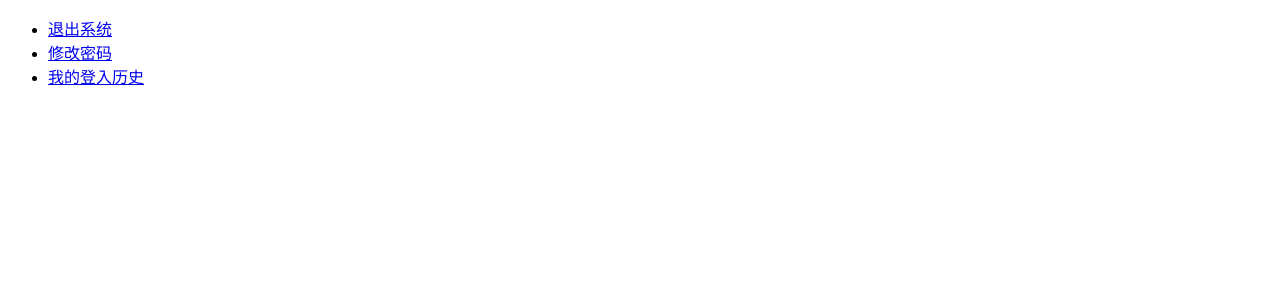
Repository: CityPace/demo
Page: http://localhost/demo/includes/hmenu.jsp
The author's editor kept a copy of each file at every save. The page is drawn from the files as they stood at one save, then again after the next save.
The browser window is 1280 px wide. The pictures show the whole page.
The page is served by Tomcat 9.

Above is the page before, as saved 2018-04-19 14:12:02.

After the next save:
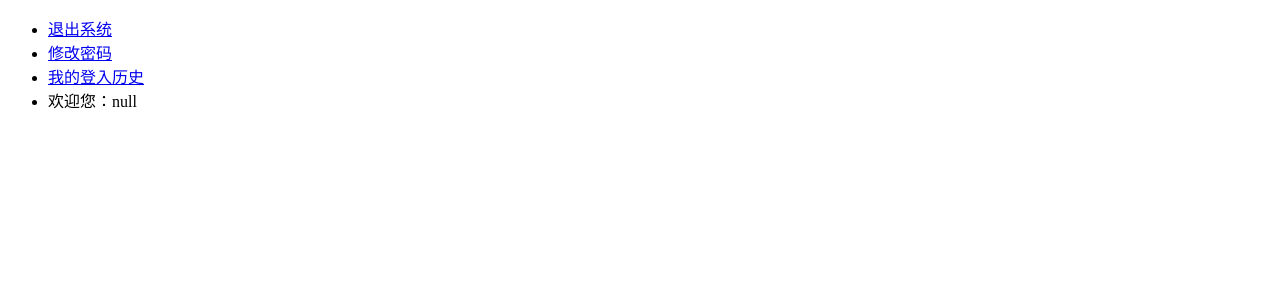
Saved 43 s later.
--- a/demo/demo/WebContent/includes/hmenu.jsp
+++ b/demo/demo/WebContent/includes/hmenu.jsp
@@ -11,6 +11,7 @@
 <li><a href="#">退出系统</a></li>
 <li><a href="#">修改密码</a></li>
 <li><a href="#">我的登入历史</a></li>
+<li>欢迎您：<%=session.getAttribute("USER_NAME") %></li>
 </ul>
 </body>
 </html>
